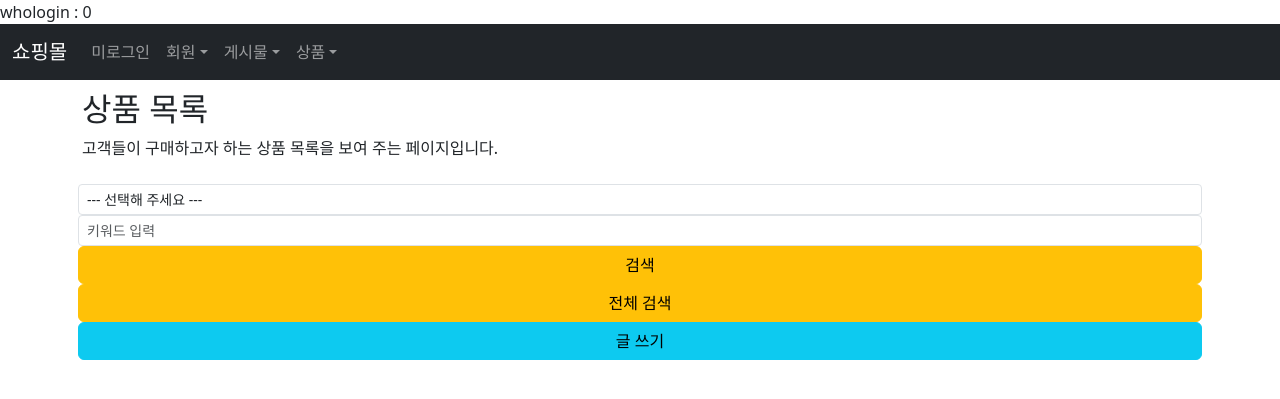
Repository: Sain-Clair/Team5
Page: http://localhost/Student/product/prList.jsp
The author's editor kept a copy of each file at every save. The page is drawn from the files as they stood at one save, then again after the next save.
The browser window is 1280 px wide. The pictures show the whole page.
The page is served by Tomcat 9. The template is opened directly, without the code that normally fills it, so the values that code supplies are empty.

Above is the page before, as saved 2023-09-07 03:53:45.

After the next save:
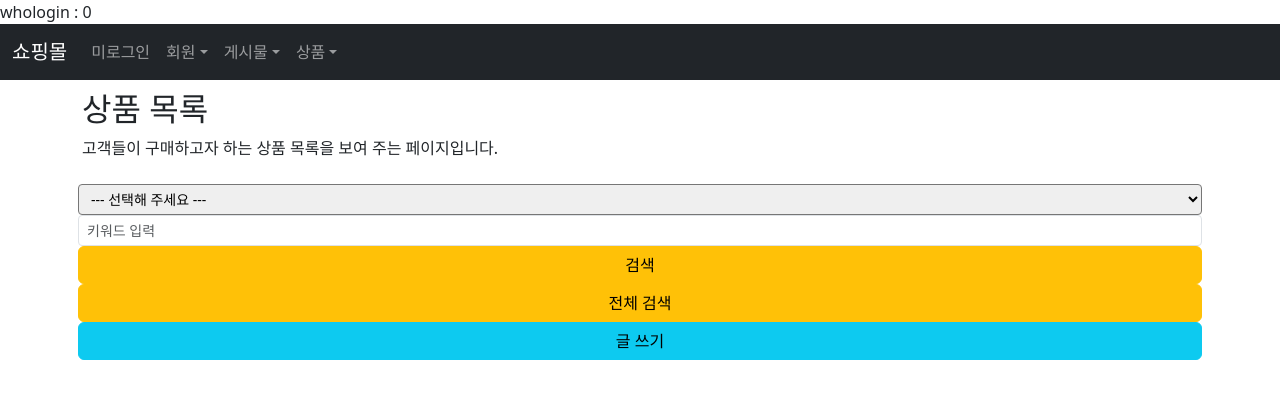
Saved 12 s later.
--- a/Student/src/main/webapp/product/prList.jsp
+++ b/Student/src/main/webapp/product/prList.jsp
@@ -60,7 +60,7 @@
 								<form name="myform" action="<%=withFormTag%>" method="get">
 									<input type="hidden" name="command" value="prList">
 									<div class="row">
-											<select class="form-control form-control-sm" id="mode" name="mode">
+											<select class="form-control-sm" id="mode" name="mode">
 												<option value="all" selected="selected">--- 선택해 주세요 ---
 												<option value="id">이름
 												<option value="company">제조 회사
